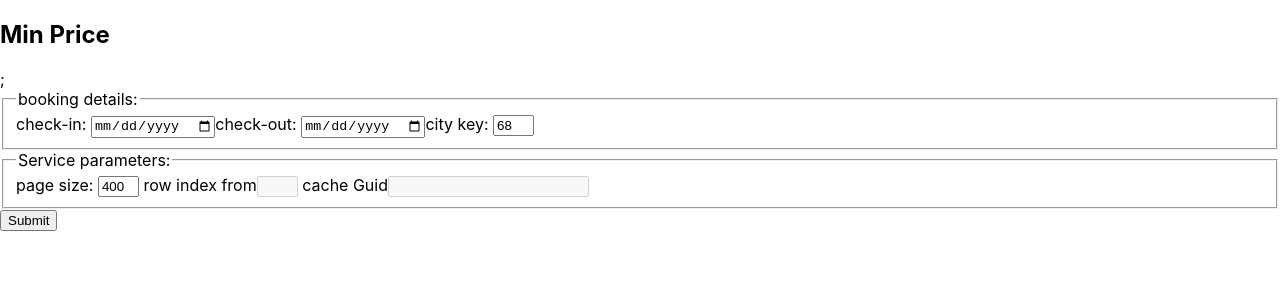
Repository: vsterev/il-test
Page: /min-price
These files come from the project's save history. The page is drawn as it stood at one moment and after the next save; the edit follows.
The browser window is 1280 px wide. The pictures show the whole page.
The project was rebuilt for these pictures with package versions that can differ from the ones it lists, and the page was loaded fresh each time. A package was used in the major version that the imports need, not the one package.json lists. Also part of the build but not shown: src/components/error/index.jsx.

Above is the page before, as saved 2021-04-27 08:40:54.

After the next save:
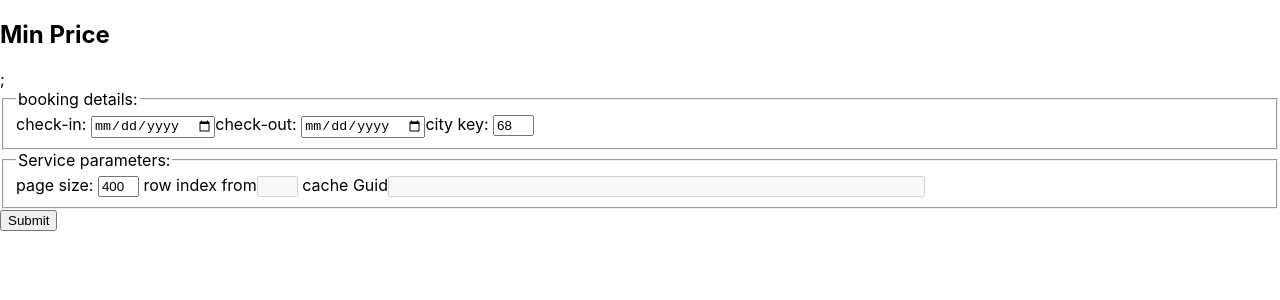
Saved 7 s later.
--- a/src/components/minPrice/index.jsx
+++ b/src/components/minPrice/index.jsx
@@ -52,7 +52,7 @@ const MinPrice = () => {
           <label htmlFor="rowIndexFrom"> row index from</label>
           <input type="text" value={details.rowIndexFrom} disabled size="2" />
           <label htmlFor="cacheGuid"> cache Guid</label>
-          <input type="text" value={details.cacheGuid} disabled size="22" />
+          <input type="text" value={details.cacheGuid} disabled size="64" />
         </fieldset>
         <button>Submit</button>
       </form>
